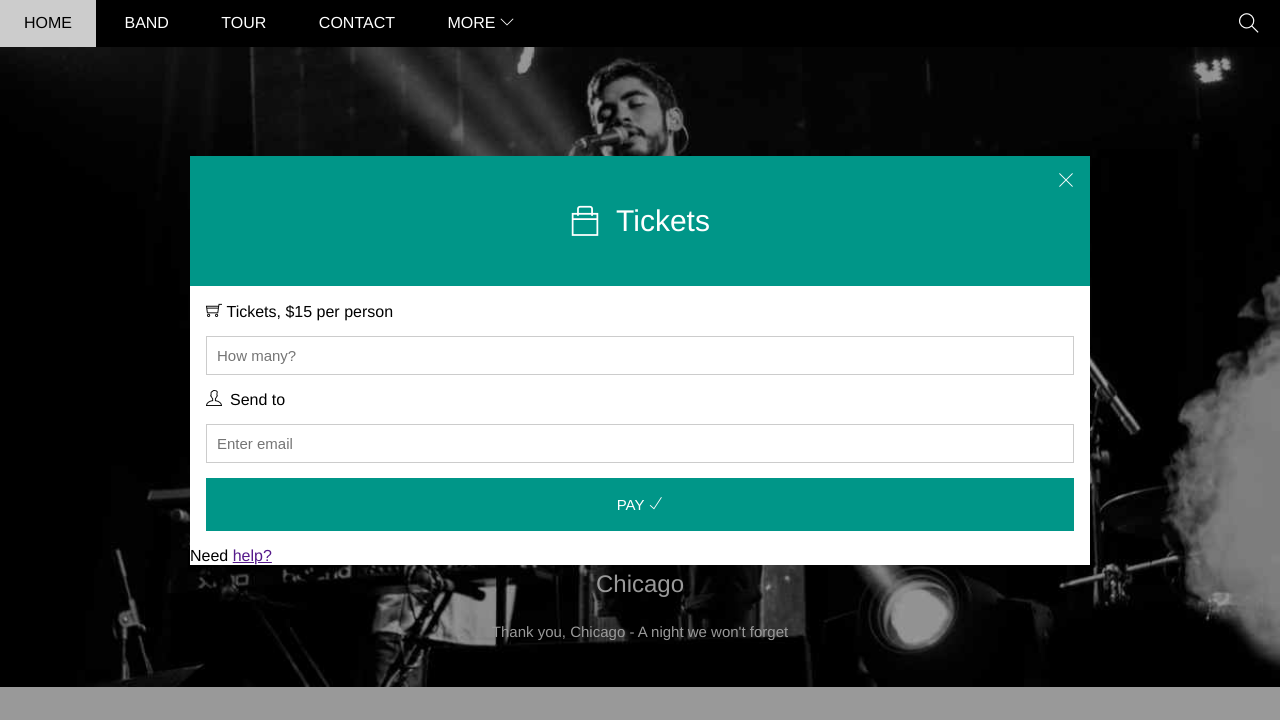
Repository: qhoa25623/The-Band
Page: index.html
The author's editor kept a copy of each file at every save. The page is drawn from the files as they stood at one save, then again after a run of saves.
The browser window is 1280 px wide. The pictures show the window.
The pointer rests on the first visible `#buy-tickets`.
A layer covers the whole window, so only the first screen is drawn.

Above is the page before, as saved 2022-04-27 23:18:28.

### index.html
<!DOCTYPE html>
<html lang="en">
  <head>
    <meta charset="UTF-8" />
    <meta http-equiv="X-UA-Compatible" content="IE=edge" />
    <meta name="viewport" content="width=device-width, initial-scale=1.0" />
    <title>Document</title>
    <link rel="stylesheet" href="./assets/css/styles.css" />
    <link
      rel="stylesheet"
      href="./assets/fonts/themify-icons/themify-icons.css"
    />
  </head>
  <body>
    <div id="main">
      <div id="header">
        <ul id="nav">
          <li><a href="">Home</a></li>
          <li><a href="">Band</a></li>
          <li><a href="">Tour</a></li>
          <li><a href="">Contact</a></li>
          <li>
            <a href="">
              More
              <i class="nav-arrow-down ti-angle-down"></i>
            </a>
            <ul class="subnav">
              <li><a href="">Merchandise</a></li>
              <li><a href="">Extras</a></li>
              <li><a href="">Media</a></li>
            </ul>
          </li>
        </ul>
        <div class="search-btn">
          <i class="search-icon ti-search"></i>
        </div>
      </div>
      <div id="slider">
        <div class="text-content">
          <h2 class="text-heading">Chicago</h2>
          <div class="text-description">
            Thank you, Chicago - A night we won't forget
          </div>
        </div>
      </div>
      <div id="content">
        <!-- About section-->
        <div class="content-section">
          <h2 class="section-heading">THE BAND</h2>
          <p class="section-sub-heading">We love music</p>
          <p class="about-text">
            We have created a fictional band website. Lorem ipsum dolor sit
            amet, consectetur adipiscing elit, sed do eiusmod tempor incididunt
            ut labore et dolore magna aliqua. Ut enim ad minim veniam, quis
            nostrud exercitation ullamco laboris nisi ut aliquip ex ea commodo
            consequat. Duis aute irure dolor in reprehenderit in voluptate velit
            esse cillum dolore eu fugiat nulla pariatur. Excepteur sint occaecat
            cupidatat non proident, sunt in culpa qui officia deserunt mollit
            anim id est laborum consectetur adipiscing elit, sed do eiusmod
            tempor incididunt ut labore et dolore magna aliqua. Ut enim ad minim
            veniam, quis nostrud exercitation ullamco laboris nisi ut aliquip ex
            ea commodo consequat.
          </p>
          <div class="member-list">
            <div class="member-item">
              <p class="member-name">Name</p>
              <img
                src="./assets/img/band/member1.jpg"
                alt="Name"
                class="member-img"
              />
            </div>
            <div class="member-item">
              <p class="member-name">Name</p>
              <img
                src="./assets/img/band/member1.jpg"
                alt="Name"
                class="member-img"
              />
            </div>
            <div class="member-item">
              <p class="member-name">Name</p>
              <img
                src="./assets/img/band/member1.jpg"
                alt="Name"
                class="member-img"
              />
            </div>
            <div class="clear"></div>
          </div>
        </div>

        <!-- Tour section-->
        <div class="tour-section">
          <div class="content-section">
            <h2 class="section-heading text-white">TOUR DATES</h2>
            <p class="section-sub-heading text-white">
              Remember to book your tickets!
            </p>
            <ul class="tickets-list">
              <li>September <span class="sold-out">Sold out</span></li>
              <li>October <span class="sold-out">Sold out</span></li>
              <li>November <span class="quantity">3</span></li>
            </ul>
            <!-- Places-->
            <div class="places-list">
              <div class="place-item">
                <img
                  src="./assets/img/places/place1.jpg"
                  alt="New York"
                  class="place-img"
                />
                <div class="place-body">
                  <h3 class="place-heading">New York</h3>
                  <p class="place-time">Fri 27 Nov 2016</p>
                  <p class="place-desc">
                    Praesent tincidunt sed tellus ut rutrum sed vitae justo.
                  </p>
                  <a href="#" class="place-buy-btn">Buy Tickets</a>
                </div>
              </div>

              <div class="place-item">
                <img
                  src="./assets/img/places/place2.jpg"
                  alt="New York"
                  class="place-img"
                />
                <div class="place-body">
                  <h3 class="place-heading">Paris</h3>
                  <p class="place-time">Sat 28 Nov 2016</p>
                  <p class="place-desc">
                    Praesent tincidunt sed tellus ut rutrum sed vitae justo.
                  </p>
                  <a href="#" class="place-buy-btn">Buy Tickets</a>
                </div>
              </div>

              <div class="place-item">
                <img
                  src="./assets/img/places/place3.jpg"
                  alt="New York"
                  class="place-img"
                />
                <div class="place-body">
                  <h3 class="place-heading">San Francisco</h3>
                  <p class="place-time">Sun 29 Nov 2016</p>
                  <p class="place-desc">
                    Praesent tincidunt sed tellus ut rutrum sed vitae justo.
                  </p>
                  <a href="#" class="place-buy-btn">Buy Tickets</a>
                </div>
              </div>
              <div class="clear"></div>
            </div>
          </div>
        </div>

        <!-- Contact section-->
        <div class="content-section">
          <h2 class="section-heading">CONTACT</h2>
          <p class="section-sub-heading">Fan? Drop a note!</p>
        </div>
      </div>
      <div id="footer"></div>
    </div>
    <div class="modal">
      <div class="modal-container">
        <div class="modal-close">
          <i class="ti-close"></i>
        </div>
        <header class="modal-header">
          <i class="modal-heading-icon ti-bag"></i>
          Tickets
        </header>
        <div class="modal-body">
          <label for="ticket-quantity" class="modal-label">
            <i class="ti-shopping-cart"></i>
            Tickets, $15 per person
          </label>
          <input id="ticket-quantity" type="text" class="modal-input" placeholder="How many?" />

          <label for="ticket-email" class="modal-label">
            <i class="ti-user"> </i>
            Send to
          </label>
          <input id="ticket-emailtype="text" class="modal-input" placeholder="Enter email" />

          <button id="buy-tickets">
            Pay
            <i class="ti-check"></i>
          </button>
        </div>
        <footer class="modal-footer">
          <p class="modal-help">Need <a href="">help?</a></p>
        </footer>
      </div>
    </div>
  </body>
</html>

### assets/css/styles.css
/* Reset CSS */
* {
  padding: 0;
  margin: 0;
  box-sizing: border-box;
}
html {
  font-family: Helvetica, Arial, sans-serif;
}
.clear {
  clear: both;
}
.text-white {
  color: #fff !important;
}
#main {
}
#header {
  position: fixed;
  top: 0;
  left: 0;
  right: 0;
  height: 46.5px;
  background-color: #000;
  z-index: 1;
}
#nav {
  display: inline-block;
}
#nav,
.subnav {
  list-style-type: none;
}
#nav > li {
  display: inline-block;
}
#nav li {
  position: relative;
}
#nav > li > a {
  color: #fff;
  text-transform: uppercase;
}
#nav li a {
  text-decoration: none;
  line-height: 46.5px;
  padding: 0 24px;
  display: block;
}
#nav li:hover .subnav {
  display: block;
}
#nav > li:hover > a,
#nav .subnav li:hover a {
  color: #000;
  background-color: #ccc;
}
#nav .subnav {
  min-width: 160px;
  top: 100%;
  left: 0;
  display: none;
  position: absolute;
  background-color: #fff;
  box-shadow: 0 0 10px rgba(0, 0, 0, 0.3);
}
#nav .subnav a {
  color: #000;
  padding: 0 16px;
  line-height: 38.5px;
}
#nav .nav-arrow-down {
  font-size: 14px;
}
#header .search-btn {
  float: right;
  padding: 0 21px;
}
#header .search-btn:hover {
  background-color: #f44336;
}
#header .search-icon {
  color: #fff;
  font-size: 20px;
  line-height: 46.5px;
}
#slider {
  position: relative;
  margin-top: 46.5px;
  padding-top: 50%;
  background: url("/assets/img/slider/slider1.jpg") top center / cover no-repeat;
}
#slider .text-content {
  position: absolute;
  bottom: 47px;
  color: #fff;
  left: 50%;
  transform: translateX(-50%);
  text-align: center;
}
#slider .text-heading {
  font-weight: 500;
  font-size: 24px;
}
#slider .text-description {
  font-size: 15px;
  margin-top: 25px;
}
#content {
}
#content .content-section {
  width: 800px;
  padding: 64px 0;
  margin-left: auto;
  margin-right: auto;
}
#content .section-heading {
  font-weight: 500;
  text-align: center;
  font-size: 30px;
  letter-spacing: 3px;
}
#content .section-sub-heading {
  text-align: center;
  font-size: 15px;
  margin-top: 25px;
  font-style: italic;
  opacity: 0.6;
}
#content .about-text {
  font-size: 15px;
  margin-top: 25px;
  text-align: justify;
  line-height: 1.4;
}
#content .member-list {
  margin-top: 47px;
}
#content .member-item {
  float: left;
  width: calc(100% / 3);
  text-align: center;
}
#content .member-name {
  font-size: 15px;
}
#content .member-img {
  margin-top: 15px;
  width: 154px;
  border-radius: 4px;
}

.tour-section {
  background: #000;
}
.tickets-list {
  background-color: #fff;
  list-style: none;
  margin-top: 40px;
}
.tickets-list li {
  color: rgb(117, 117, 117);
  font-size: 15px;
  padding: 11px 16px;
  border-bottom: 1px solid rgb(221, 221, 221);
}
.tickets-list .sold-out {
  color: #ffffff;
  background-color: #f44336;
  padding: 3px 4px;
  margin: 0 0 0 16px;
}
.tickets-list .quantity {
  float: right;
  width: 24px;
  height: 22.5px;
  background-color: #000;
  border-radius: 50%;
  text-align: center;
  color: #fff;
  line-height: 22.5px;
  margin-top: -3px;
}
.places-list {
  margin-top: 32px;
  margin-left: -8px;
  margin-right: -8px;
  padding-bottom: 48px;
}
.place-item {
  float: left;
  width: calc(100% / 3);
  padding: 0 8px;
}
.place-img {
  width: 100%;
  display: block;
}
.place-img:hover {
  opacity: 0.6;
}
.place-body {
  background-color: #fff;
  padding: 16px 16px;
  font-size: 15px;
}
.place-heading {
  font-size: 15px;
  font-weight: 550;
}
.place-time {
  margin-top: 15px;
  color: #757575;
}
.place-desc {
  margin-top: 15px;
  line-height: 1.4;
}
.place-buy-btn {
  color: #fff;
  background-color: #000;
  text-decoration: none;
  display: inline-block;
  margin-top: 15px;
  padding: 11px 16px;
}

.place-buy-btn:hover {
  color: #000;
  background-color: #ccc;
}
.modal {
  position: fixed;
  top: 0;
  right: 0;
  left: 0;
  bottom: 0;
  background: rgba(0, 0, 0, 0.4);
  display: flex;
  align-items: center;
  justify-content: center;
}
.modal-container {
  background: #fff;
  width: 900px;
  min-height: 200px;
  position: relative;
}

.modal-header {
  background: #009688;
  height: 130px;
  display: flex;
  align-items: center;
  justify-content: center;
  font-size: 30px;
  color: #fff;
}
.modal-heading-icon {
  margin-right: 16px;
}
.modal-close {
  position: absolute;
  right: 0;
  top: 0;
  color: #fff;
  padding:16px;
  cursor: pointer;
}
.modal-close:hover{
  color: #000;
  background-color: #ccc;
}
.modal-body{
  padding:16px;
}
.modal-label{
  display:block;
  margin-bottom:15px;
}
.modal-input{
  border:1px solid #ccc;
  width:100%;
  font-size:15px;
  padding:10px;
  margin-bottom:15px;
}
#buy-tickets{
  background-color:#009688;
  border:none;
  font-size:15px;
  color:#fff;
  width:100%;
  text-transform: uppercase;
  padding:18px;
}
#buy-tickets:hover{

}

Loaded but not shown: assets/fonts/themify-icons/themify-icons.css (common file)

After the next 3 saves:
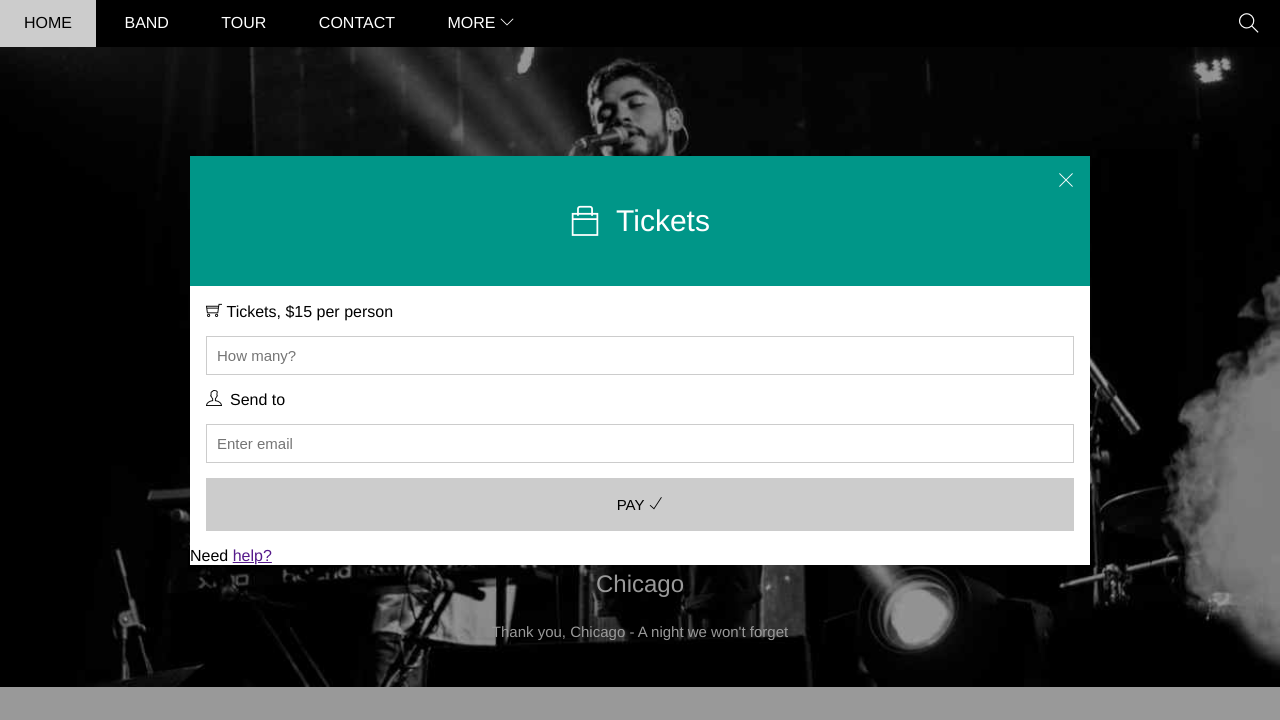
The 3 saves are shown as one change because they came seconds apart.
The last was saved 24 s later.
--- a/assets/css/styles.css
+++ b/assets/css/styles.css
@@ -295,5 +295,6 @@ html {
   padding:18px;
 }
 #buy-tickets:hover{
-
-}
+  color:#000;
+  background-color:#ccc;
+}
